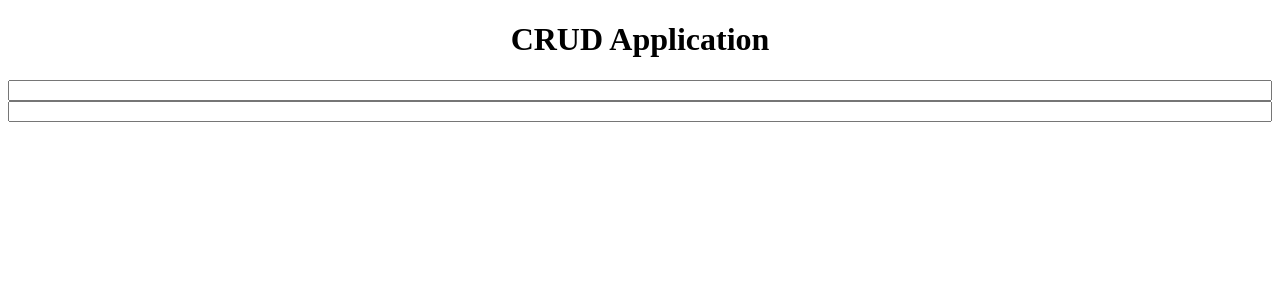
Repository: DorAzaria/CRUD-React-Node-MySQL
Page: / (app in client/)
These files come from the project's save history. The page is drawn as it stood at one moment and after the next save; the edit follows.
The browser window is 1280 px wide. The pictures show the whole page.
The project was rebuilt for these pictures with package versions that can differ from the ones it lists, and the page was loaded fresh each time.

Above is the page before, as saved 2022-12-21 15:10:57.

After the next save:
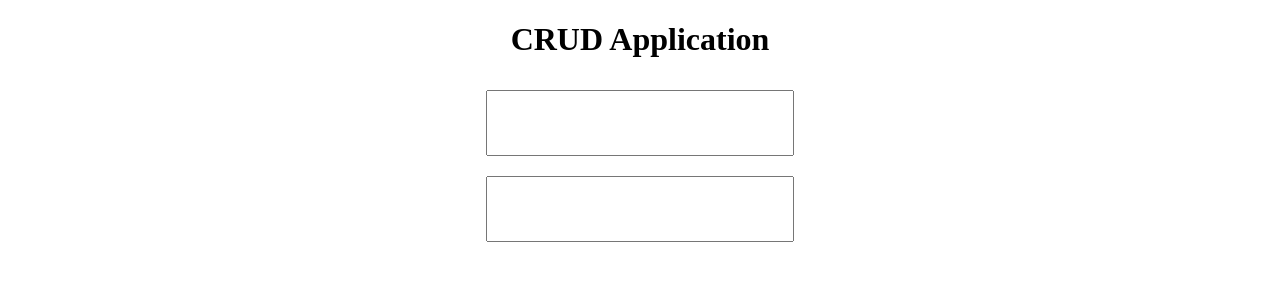
Saved 68 s later.
--- a/client/src/App.css
+++ b/client/src/App.css
@@ -5,4 +5,12 @@
 .form {
   display: flex;
   flex-direction: column;
+  align-items: center;
+  justify-content: center;
 }
+
+.form input {
+  width: 300px;
+  height: 60px;
+  margin: 10px;
+}
